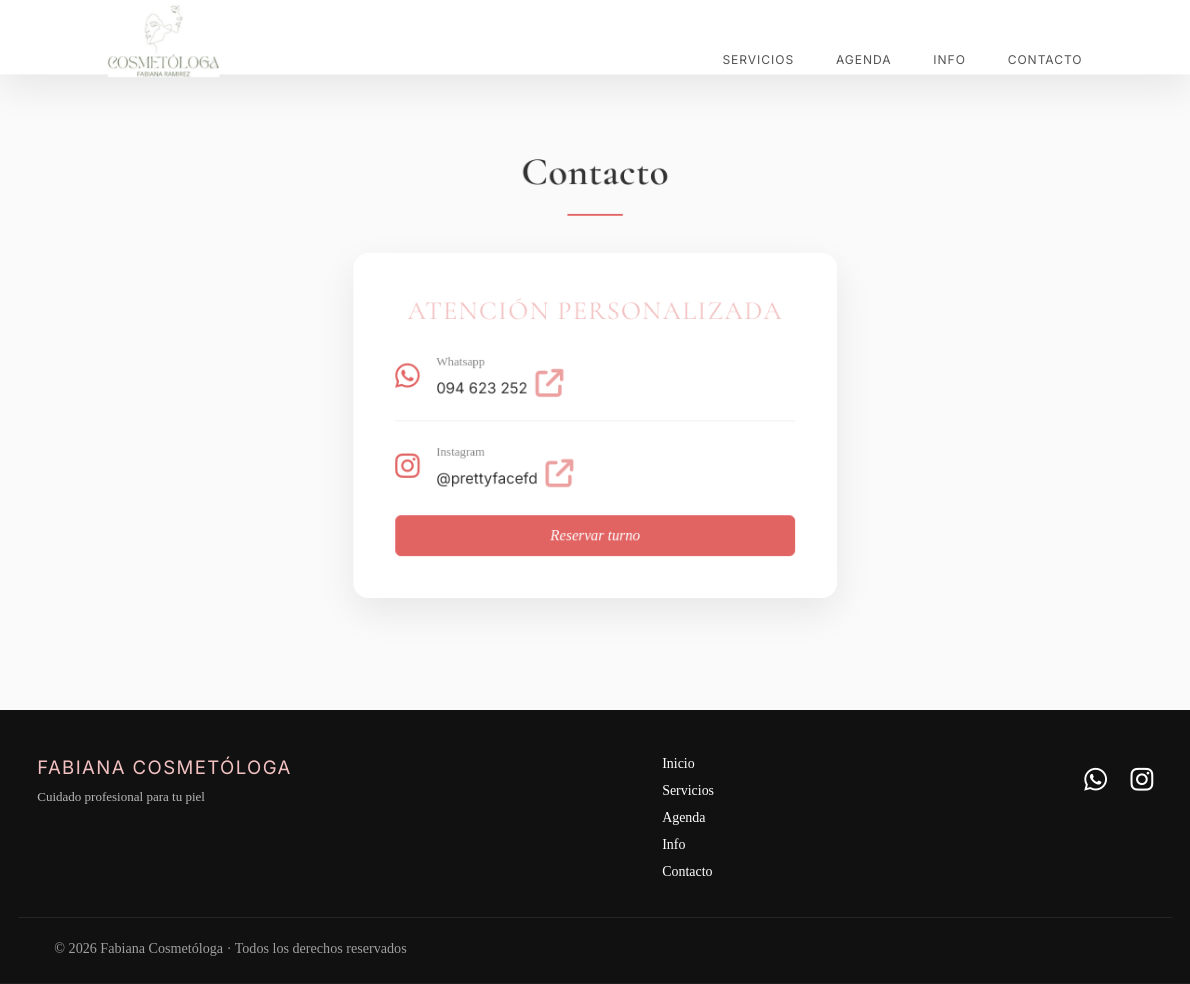
Repository: thiagobal1891-sudo/paginaweb
Page: pages/contacto.html
These files come from the project's save history. The page is drawn as it stood at one moment and after the next save; the edit follows.
The browser window is 1280 px wide. The pictures show the whole page, at 93% of full size.
Some web fonts or font styles are not loaded; a fallback is used.

Above is the page before, as saved 2026-03-17 15:10:00.
Console error: ReferenceError: emailjs is not defined

After the next save:
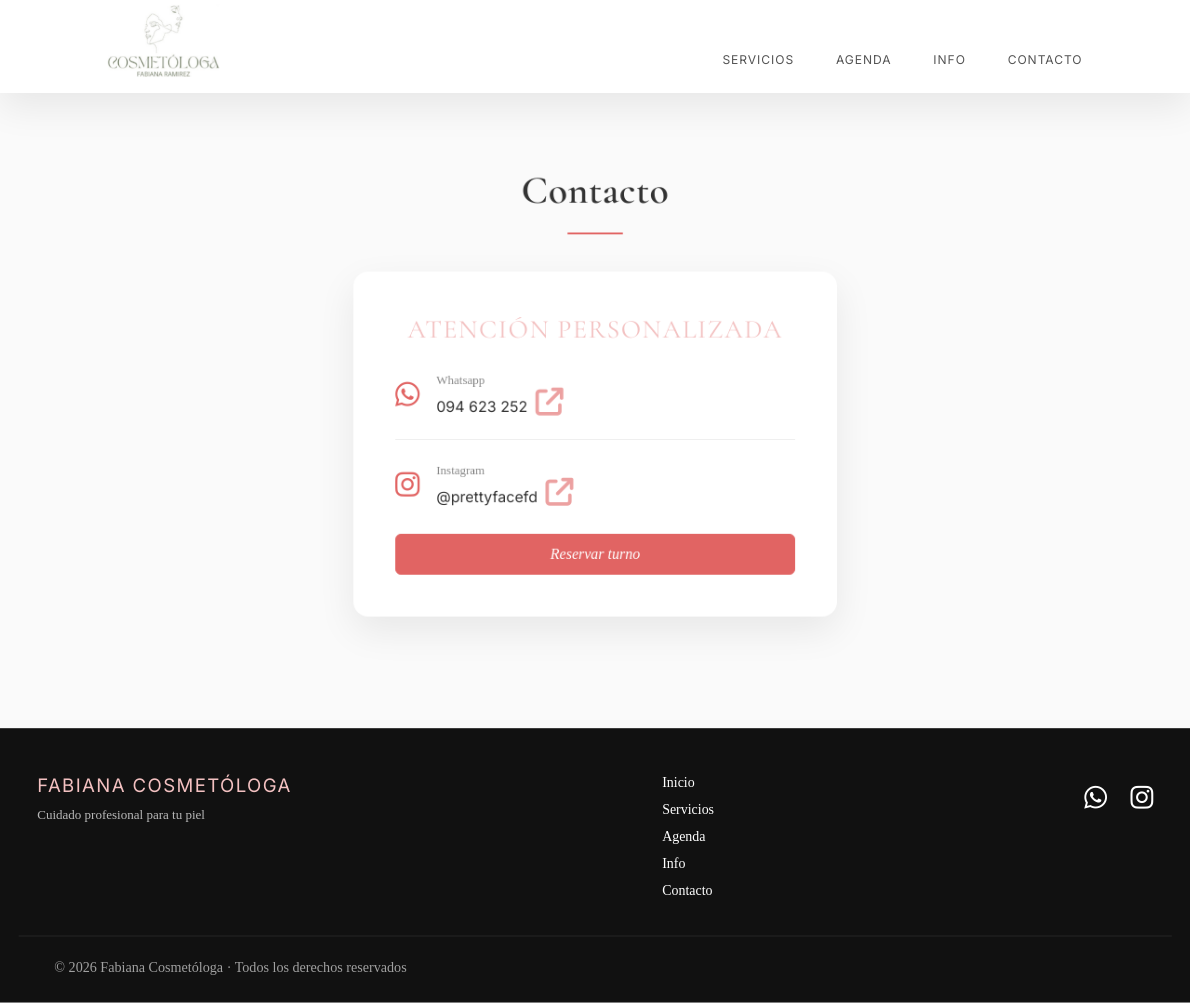
Saved 5 s later.
--- a/css/style.css
+++ b/css/style.css
@@ -10,7 +10,7 @@ html {
   font-size: 100%;
 }
 :root{
-  --header-height:80px;
+  --header-height:100px;
   --primary:#E16463;
   --primary-soft:rgba(225,100,99,.15);
   --primary-soft-light:rgba(225,100,99,.08);
